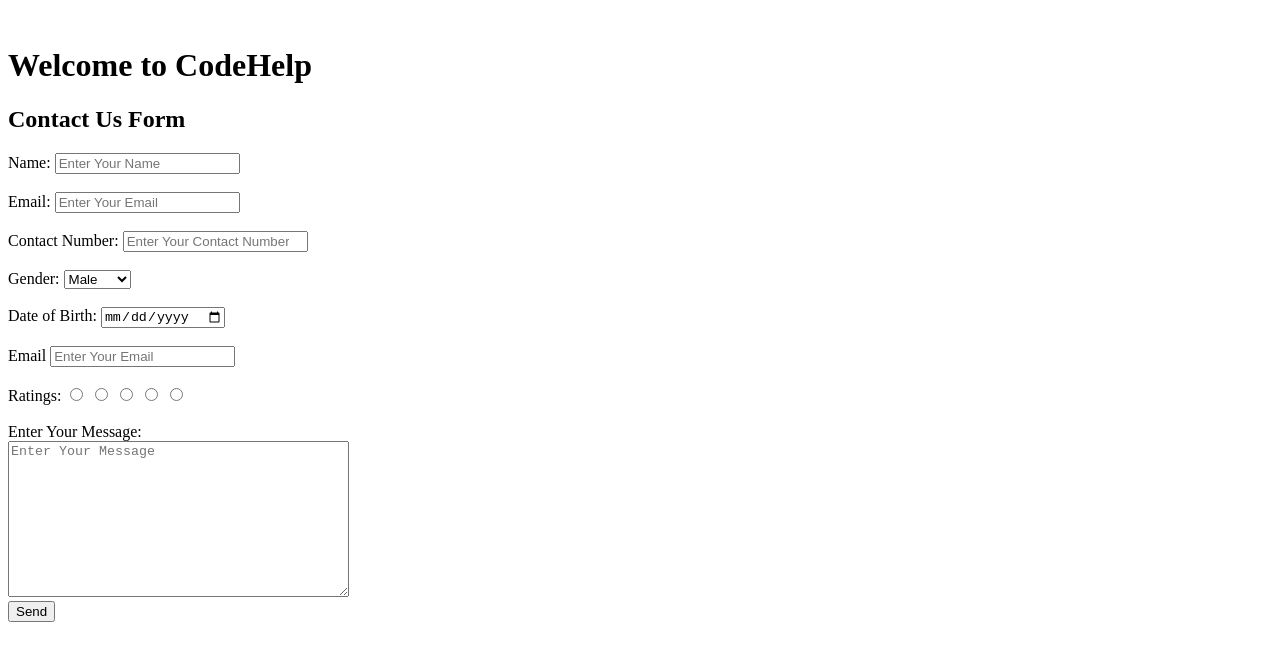
Repository: shoaib-1729/Web-Dev-Course_Dot-Batch_Love-Babbar
Page: 02_HTML Session Basics-to-Pro Level/03_HTML-Basics-Session-III/03_Code-Practice-Session-3/formsPractice.html
These files come from the project's save history. The page is drawn as it stood at one moment and after the next save; the edit follows.
The browser window is 1280 px wide. The pictures show the whole page.

Above is the page before, as saved 2023-07-29 16:30:58.

After the next save:
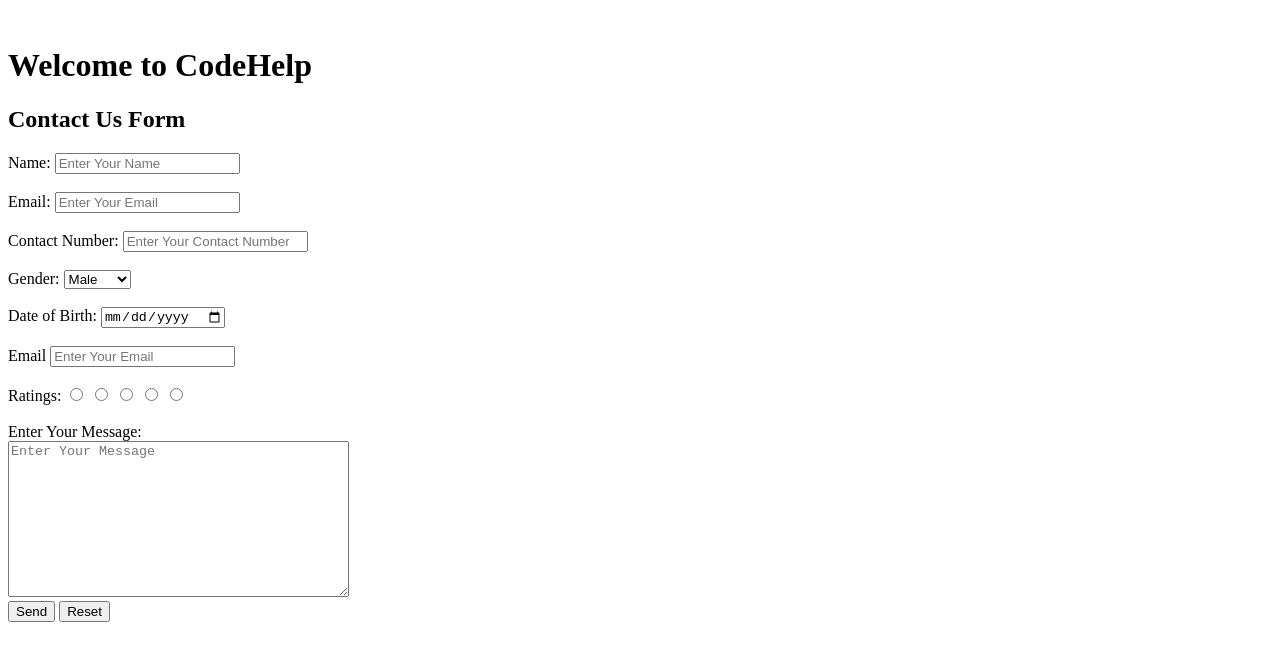
Saved 15 s later.
--- a/02_HTML Session Basics-to-Pro Level/03_HTML-Basics-Session-III/03_Code-Practice-Session-3/formsPractice.html
+++ b/02_HTML Session Basics-to-Pro Level/03_HTML-Basics-Session-III/03_Code-Practice-Session-3/formsPractice.html
@@ -69,6 +69,8 @@
     <label for="Button"></label>
 
 
+    <input type="submit" value="Reset" id="Button">
+    <label for="Button"></label>
 
 
 </body>
